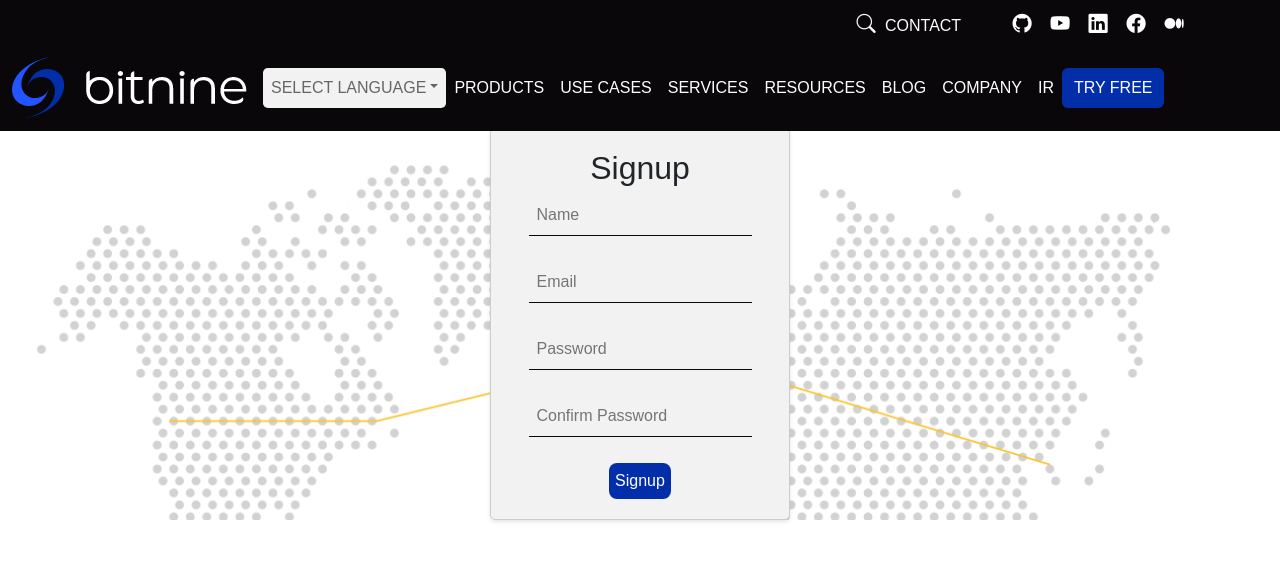
Repository: devblackie/signinpage
Page: /
The author's editor kept a copy of each file at every save. The page is drawn from the files as they stood at one save, then again after the next save.
The browser window is 1280 px wide. The pictures show the whole page.
Some web fonts or font styles are not loaded; a fallback is used. The project was rebuilt for these pictures with package versions that can differ from the ones it lists, and the page was loaded fresh each time. Also part of the build but not shown: vite.config.js, src/components/Login.jsx, src/components/Dashboard.jsx, src/components/Home.jsx, src/components/ProtectedDashboard.jsx.

Above is the page before, as saved 2023-08-28 16:52:28.

### index.html
<!doctype html>
<html lang="en">
  <head>
    <meta charset="UTF-8" />
    <link rel="preconnect" href="https://fonts.googleapis.com">
<link rel="preconnect" href="https://fonts.gstatic.com" crossorigin>
<link href="https://fonts.googleapis.com/css2?family=Monda:wght@400;700&display=swap" rel="stylesheet">
    <link rel="stylesheet" href="https://cdn.jsdelivr.net/npm/bootstrap-icons@1.10.5/font/bootstrap-icons.css">
    <link href="https://cdn.jsdelivr.net/npm/bootstrap@5.3.1/dist/css/bootstrap.min.css" rel="stylesheet" integrity="sha384-4bw+/aepP/YC94hEpVNVgiZdgIC5+VKNBQNGCHeKRQN+PtmoHDEXuppvnDJzQIu9" crossorigin="anonymous">
    <meta name="viewport" content="width=device-width, initial-scale=1.0" />
    <title>Bitnine Login</title>
  </head>
  <body>
    <div id="root"></div>
    <script type="module" src="/src/main.jsx"></script>
    <script src="https://cdn.jsdelivr.net/npm/bootstrap@5.3.1/dist/js/bootstrap.bundle.min.js" integrity="sha384-HwwvtgBNo3bZJJLYd8oVXjrBZt8cqVSpeBNS5n7C8IVInixGAoxmnlMuBnhbgrkm" crossorigin="anonymous"></script>
  </body>
</html>

### src/main.jsx
import React from "react";
import ReactDOM from "react-dom";
import App from "./App";
import { UserProvider } from "./components/UserContext";

ReactDOM.render(
  <UserProvider>
    <App />
  </UserProvider>,
  document.getElementById("root")
);

### src/App.jsx
import React, { useState } from "react";
import { BrowserRouter as Router, Route, Routes } from "react-router-dom";
import Signup from "./components/Signup";
import Login from "./components/Login";
import Dashboard from "./components/Dashboard";
import Home from "./components/Home";
import ProtectedDashboard from "./components/ProtectedDashboard";
import "./App.css";

const App = () => {
  const [isAuthenticated, setIsAuthenticated] = useState(false);

  const handleLogin = () => {
    setIsAuthenticated(true);
  };

  return (
    <Router>
      <Routes>
        <Route
          path="/"
          element={
            <div>
              <Signup handleLogin={handleLogin} />
              {/* <Login handleLogin={handleLogin} /> */}
            </div>
          }
        />
        <Route
          path="/dashboard"
          // element={<ProtectedDashboard isAuthenticated={isAuthenticated} />}
          element={<Dashboard />}
        />
        <Route
          path="/home"
          // element={<ProtectedDashboard isAuthenticated={isAuthenticated} />}
          element={<Home />}
        />
      </Routes>
    </Router>
  );
};

export default App;

### src/components/UserContext.jsx
import React, { createContext, useContext, useState } from "react";

const UserContext = createContext();

export function UserProvider({ children }) {
  const [userName, setUserName] = useState("");

  return (
    <UserContext.Provider value={{ userName, setUserName }}>
      {children}
    </UserContext.Provider>
  );
}

export function useUser() {
  return useContext(UserContext);
}

### src/components/Signup.jsx
import React, { useState } from "react";
import "./signup.css";
import { useUser } from "./UserContext";
import { useNavigate } from "react-router-dom";
import Header from "./Header";

const Signup = ({ handleLogin }) => {
  // States for registration
  const [email, setEmail] = useState("");
  const [name, setName] = useState("");
  const [password, setPassword] = useState("");
  const [cpassword, setCPassword] = useState("");
  const [formErrors, setFormErrors] = useState({});
  const navigate = useNavigate();
  const { setUserName } = useUser(); // Ret

  // State for tracking submission status
  const [submissionStatus, setSubmissionStatus] = useState("none"); // Possible values: "none", "success", "error"

  // Handling input changes
  const handleInputChange = (e) => {
    const { name, value } = e.target;
    if (name === "name") setName(value);
    if (name === "email") setEmail(value);
    if (name === "password") setPassword(value);
    if (name === "cpassword") setCPassword(value);
    setSubmissionStatus("none");
  };

  const handleSignform = (e) => {
    e.preventDefault();
    const errors = validateForm();
    if (Object.keys(errors).length === 0) {
      setSubmissionStatus("success");
      setUserName(name); // Set the userName in the context
    } else {
      setFormErrors(errors);
      setSubmissionStatus("error");
    }
  };

  // Form validations
  const validateForm = () => {
    const errors = {};
    const regex = /^[^\s+@]+@[^\s@]+\.[^\s@]{2,}$/i;

    if (!name) errors.name = "Name is required";
    if (!email) errors.email = "Email is required";
    else if (!regex.test(email))
      errors.email = "This is not a valid email format!";

    if (!password) errors.password = "Password is required";
    else if (password.length < 4)
      errors.password = "Password must be more than 4 characters";
    else if (password.length > 10)
      errors.password = "Password cannot exceed more than 10 characters";

    if (!cpassword) errors.cpassword = "Confirm Password is required";
    else if (cpassword !== password)
      errors.cpassword = "Confirm password and password should be the same";
    return errors;
  };

  return (
    <>
      <Header userName={name} />
      <div className="form-container">
        {submissionStatus === "success" ? (
          <div className="success">
            <h1>User {name} successfully registered!!</h1>
            <a onClick={() => navigate("/home")}>
              Click to continue to the main site
            </a>
          </div>
        ) : (
          <form onSubmit={handleSignform}>
            <h2>Signup</h2>
            <input
              type="text"
              name="name"
              placeholder="Name"
              value={name}
              onChange={handleInputChange}
            />
            <p className="error">{formErrors.name}</p>
            <input
              type="email"
              name="email"
              placeholder="Email"
              value={email}
              onChange={handleInputChange}
            />
            <p className="error">{formErrors.email}</p>
            <input
              type="password"
              name="password"
              placeholder="Password"
              value={password}
              onChange={handleInputChange}
            />
            <p className="error">{formErrors.password}</p>
            <input
              type="password"
              placeholder="Confirm Password"
              value={cpassword}
              name="cpassword"
              onChange={handleInputChange}
            />
            <p className="error">{formErrors.cpassword}</p>
            <button className-="bton" type="submit">
              Signup
            </button>
          </form>
        )}
      </div>
    </>
  );
};

export default Signup;

### src/App.css
#root {
  max-width: 1280px;
  margin: 0 auto;
  padding: 2rem;
  text-align: center;
}
.btn1{background-color:#022ea9;
  color:#fff;
  outline:none;
  border:none;}
  .btn1:hover{
    color:orange;
    background-color:#022ea9;
  }


@media (prefers-reduced-motion: no-preference) {
  a:nth-of-type(2) .logo {
    animation: logo-spin infinite 20s linear;
  }
}

.card {
  padding: 2em;
}

.read-the-docs {
  color: #888;
}

### src/components/signup.css
form .error {
  color: red;
  font-size: 12px;
}
.form-container {
  background-image: url("../assets/map2.png");
  background-size: cover;
  background-repeat: no-repeat;
  font-family: "Monda", sans-serif;
  margin-top: 6em;
}
form {
  background-color: #f2f2f2;
  max-width: 300px;
  margin: 0 auto;
  padding: 20px;
  border: 1px solid #ccc;
  border-radius: 5px;
  box-shadow: 0 2px 4px rgba(0, 0, 0, 0.1);
}
form input {
  margin-bottom: 10px;
  padding: 8px;
  border: none;
  border-bottom: 1px solid #09070a;
  /* border-radius: 3px; */
  background-color: transparent;
}
input:focus,
input:focus-visible {
  outline: none;
  background-color: inherit;
}
form button {
  background-color: #022ea9;
  color: #fff;
  outline: none;
  border: none;
  border-radius: 8px;
  padding: 6px;
}
button:hover {
  color: orange;
  background-color: #022ea9;
}

### src/components/Header.jsx
import React from "react";
import "./style/navbar.css";
import {useUser} from "./UserContext"   //Path to UserContext file
import Logo from "../assets/bitnine-logo_.png";

export default function Header() {
  const {userName}= useUser() //Retrieve userName from the context
  return (
    <>
      <div className="fixed-top header">
        <header class="topbar">
          <div class="container">
            <div class="row">
              {/* <!-- social icon--> */}
              <div class="col-sm-12">
                <ul class="social-network">
                  <div className="hovver">
                    <li>
                      <a class="waves-effect waves-dark" id="hovver" href="#">
                        <i class="bi bi-search"></i>
                      </a>
                    </li>
                    <li>
                      <a
                        class="waves-effect waves-dark tact"
                        id="hovver"
                        href="#"
                      >
                        contact
                      </a>
                    </li>
                  </div>
                  <div className="soc">
                    <li id="git">
                      <a class="waves-effect waves-dark" href="#">
                        <i class="bi bi-github"></i>
                      </a>
                    </li>
                    <li id="youtube">
                      <a class="waves-effect waves-dark" href="#">
                        <i class="bi bi-youtube"></i>
                      </a>
                    </li>
                    <li id="in">
                      <a class="waves-effect waves-dark" href="#">
                        <i class="bi bi-linkedin"></i>
                      </a>
                    </li>
                    <li id="fb">
                      <a class="waves-effect waves-dark" href="#">
                        <i class="bi bi-facebook"></i>
                      </a>
                    </li>
                    <li id="medium">
                      <a class="waves-effect waves-dark" href="#">
                        <i class="bi bi-medium"></i>
                      </a>
                    </li>
                  </div>
                </ul>
                <p className="text warning">{userName}</p>
              </div>
            </div>
          </div>
        </header>
        <nav className="navbar navbar-expand-lg">
          <div className="container-fluid">
            <a className="navbar-brand" href="#">
              <img src={`${Logo}`} alt="logo" />
            </a>

            <div
              className="collapse navbar-collapse"
              id="navbarSupportedContent"
            >
              <ul className="navbar-nav me-auto mb-2 mb-lg-0">
                <li className="nav-item dropdown">
                  <a
                    className="nav-link dropdown-toggle color-tertiary"
                    href="#"
                    role="button"
                    data-bs-toggle="dropdown"
                    aria-expanded="false"
                  >
                    Select Language
                  </a>
                  <ul className="dropdown-menu">
                    <li>
                      <a className="dropdown-item" href="#">
                        English
                      </a>
                    </li>
                    <li>
                      <a className="dropdown-item" href="#">
                        한국
                      </a>
                    </li>
                  </ul>
                </li>
                <li className="nav-item">
                  <a className="nav-link" href="#">
                    products
                  </a>
                </li>
                <li className="nav-item">
                  <a className="nav-link" href="#">
                    use cases
                  </a>
                </li>
                <li className="nav-item">
                  <a className="nav-link" href="#">
                    services
                  </a>
                </li>
                <li className="nav-item">
                  <a className="nav-link" href="#">
                    resources
                  </a>
                </li>
                <li className="nav-item">
                  <a className="nav-link" href="#">
                    blog
                  </a>
                </li>
                <li className="nav-item">
                  <a className="nav-link" href="#">
                    company
                  </a>
                </li>
                <li className="nav-item">
                  <a className="nav-link" href="#">
                    ir
                  </a>
                </li>

                <button class="btn btn-outline-primary" type="submit">
                  TRY FREE
                </button>
              </ul>
            </div>
          </div>
        </nav>
      </div>
    </>
  );
}

### src/components/style/navbar.css
.header {
  background-color: #09070a;
  font-family: "Monda", sans-serif;
}
.nav-item .nav-link {
  color: #fff;
  text-transform: uppercase;
}
.nav-item .nav-link:active {
  color: orange;
}
.dropdown {
  background-color: #f2f2f2;
  border-radius: 0.3rem;
  .nav-link {
    color: #666666;
  }
}

.topbar .container .row {
  margin: -7px;
}

ul.social-network {
  border: none;
  margin: 0;
  padding: 0;
  display: flex;
  list-style: none;
  margin: 5px 0 10px -25px;
  float: right;
}
ul.social-network .hovver {
  margin-right: 3rem;
}
ul.social-network .soc {
  margin-left: 2rem;
  margin-right: 0;
}
ul.social-network .soc #git,
#youtube,
#in,
#fb,
#medium {
  position: relative;
}
ul.social-network .soc #git::before {
  content: "";
  position: absolute;
  top: -100%;
  left: 0;
  width: 100%;
  height: 100%;
  background-color: #666666;
  transition: top 0.3s ease; /* Transition effect for sliding */
  z-index: -1;
}
ul.social-network .soc #git:hover::before,
ul.social-network .soc #youtube:hover::before,
ul.social-network .soc #in:hover::before,
ul.social-network .soc #fb:hover::before,
ul.social-network .soc #medium:hover::before {
  top: 0; /* Slide the background from the top */
}

ul.social-network .soc #youtube::before {
  content: "";
  position: absolute;
  top: -100%;
  left: 0;
  width: 100%;
  height: 100%;
  background-color: red;
  transition: top 0.3s ease; /* Transition effect for sliding */
  z-index: -1;
}
ul.social-network .soc #in::before {
  content: "";
  position: absolute;
  top: -100%;
  left: 0;
  width: 100%;
  height: 100%;
  background-color: #0a66c2;
  transition: top 0.3s ease; /* Transition effect for sliding */
  z-index: -1;
}
ul.social-network .soc #fb::before {
  content: "";
  position: absolute;
  top: -100%;
  left: 0;
  width: 100%;
  height: 100%;
  background-color: #395498;
  transition: top 0.3s ease; /* Transition effect for sliding */
  z-index: -1;
}
ul.social-network .soc #medium::before {
  content: "";
  position: absolute;
  top: -100%;
  left: 0;
  width: 100%;
  height: 100%;
  background-color: #30b570;
  transition: top 0.3s ease; /* Transition effect for sliding */
  z-index: -1;
}

ul.social-network .soc li {
  border: none;
  margin: 0;
}
ul.social-network li a {
  text-decoration: none;
  text-transform: uppercase;
}
ul.social-network li a#hovver:hover {
  color: #666666;
  font-weight: 700;
  font-family: "Monda", sans-serif;
}

ul.social-network li i {
  font-size: 1.2rem;
  margin: 0;
}

ul.social-network li {
  padding: 13px 0 0;
  width: 38px;
  display: inline-block;
  text-align: center;
  height: 40px;
  vertical-align: baseline;
}

.btn {
  background-color: #022ea9;
  color: #fff;
  outline: none;
  border: none;
}
.btn:hover {
  color: orange;
  background-color: #022ea9;
}
.waves-effect {
  color: #fff;
}

After the next save:
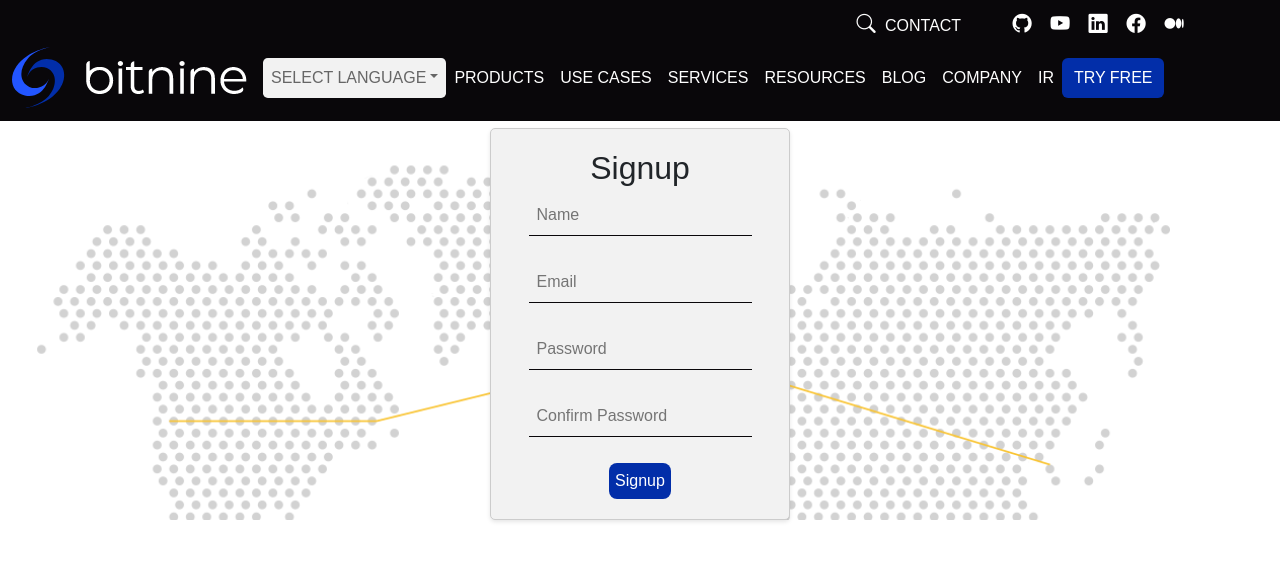
Saved 5 min 38 s later.
--- a/src/components/style/navbar.css
+++ b/src/components/style/navbar.css
@@ -27,7 +27,7 @@
   padding: 0;
   display: flex;
   list-style: none;
-  margin: 5px 0 10px -25px;
+  margin: 5px 0 0 -25px;
   float: right;
 }
 ul.social-network .hovver {
